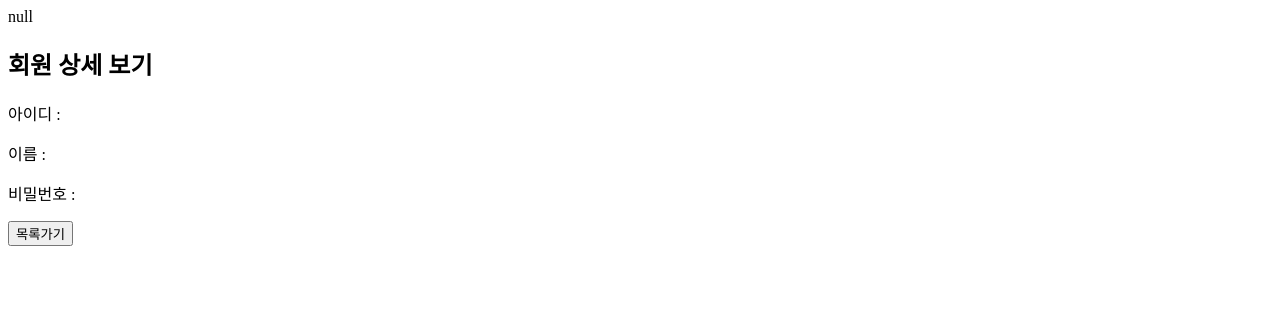
Repository: design-view/jspstudy
Page: http://localhost/GreenJsp/04jdbc/memberDetail.jsp
These files come from the project's save history. The page is drawn as it stood at one moment and after the next save; the edit follows.
The browser window is 1280 px wide. The pictures show the whole page.
The page is served by Tomcat 9. Queries for data that is not in the repository find no rows.

Above is the page before, as saved 2024-01-12 03:39:17.

After the next save:
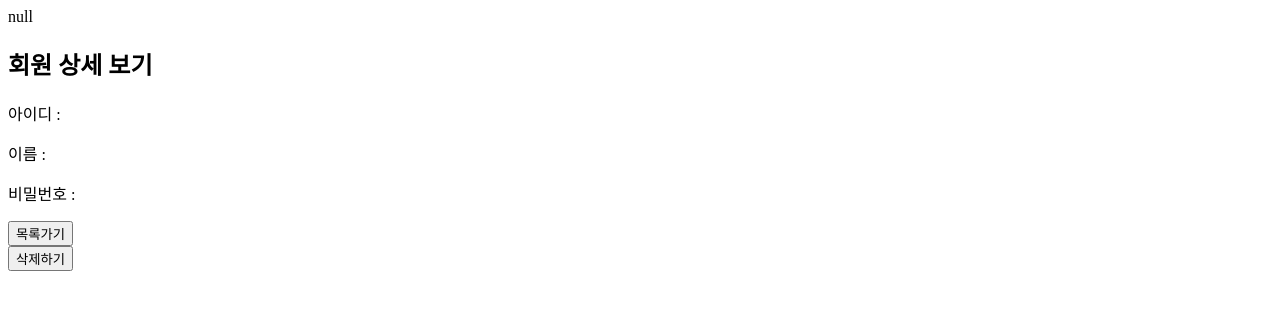
Saved 10 min 31 s later.
--- a/GreenJsp/src/main/webapp/04jdbc/memberDetail.jsp
+++ b/GreenJsp/src/main/webapp/04jdbc/memberDetail.jsp
@@ -38,5 +38,10 @@
 	<p>이름 : <%=name%></p>
 	<p>비밀번호 : <%=pass%></p>
 	<button onclick="location.href='memberlist.jsp'">목록가기</button>
+	<form action="delete_process.jsp" method="post">
+		<input type="hidden" value="<%=id%>" name="id" />
+		<button type="submit">삭제하기</button>
+	</form>
+
 </body>
 </html>
